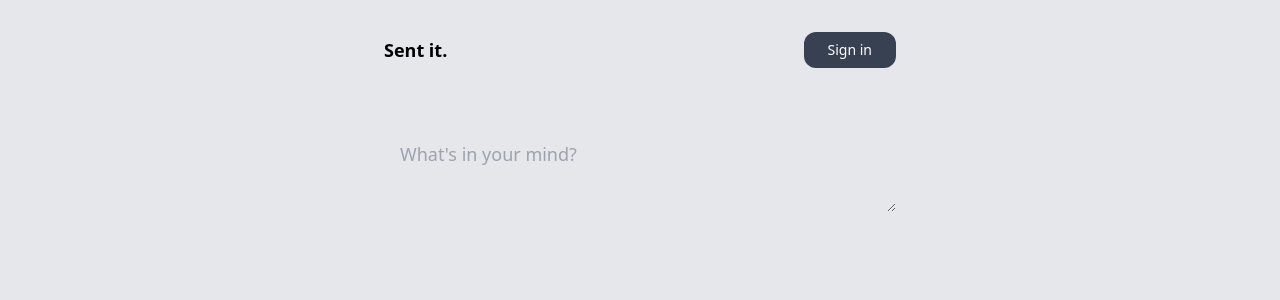
Repository: Saadelfadil/Nextjs_fullstack_app
Page: /
These files come from the project's save history. The page is drawn as it stood at one moment and after the next save; the edit follows.
The browser window is 1280 px wide. The pictures show the whole page.
The page's requests for data from a server got no answer. The project was rebuilt for these pictures with package versions that can differ from the ones it lists, and the page was loaded fresh each time. The framework's server and built-in components were replaced by stand-ins that run in the browser. No one was signed in, and anything a server would have sent is missing. Also part of the build but not shown: next.config.js, app/auth/Logged.tsx.

Above is the page before, as saved 2023-02-24 18:27:35.

After the next save:
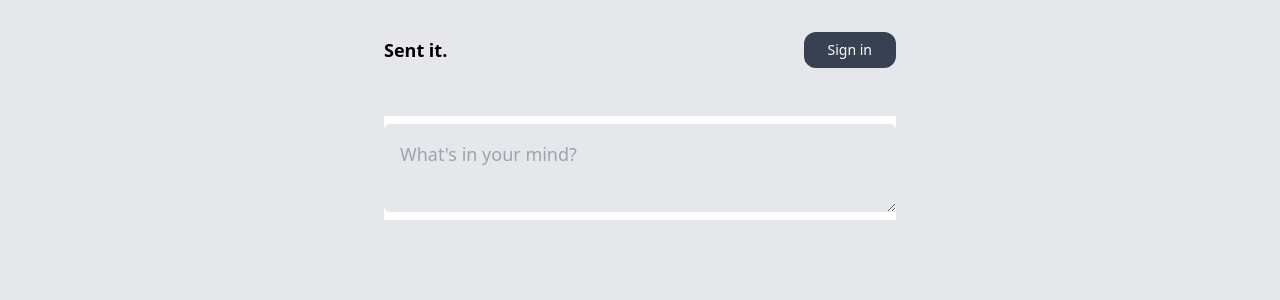
Saved 6 s later.
--- a/app/components/AddPost.tsx
+++ b/app/components/AddPost.tsx
@@ -5,7 +5,7 @@ import { useState } from "react";
 const AddPost = () => {
     const [title, setTitle] = useState("");
   return (
-    <form className="">
+    <form className="bg-white ">
         <div className="flex flex-col my-4">
             <textarea onChange={(e) => setTitle((pre) => pre = e.target.value)}
             name="title"
